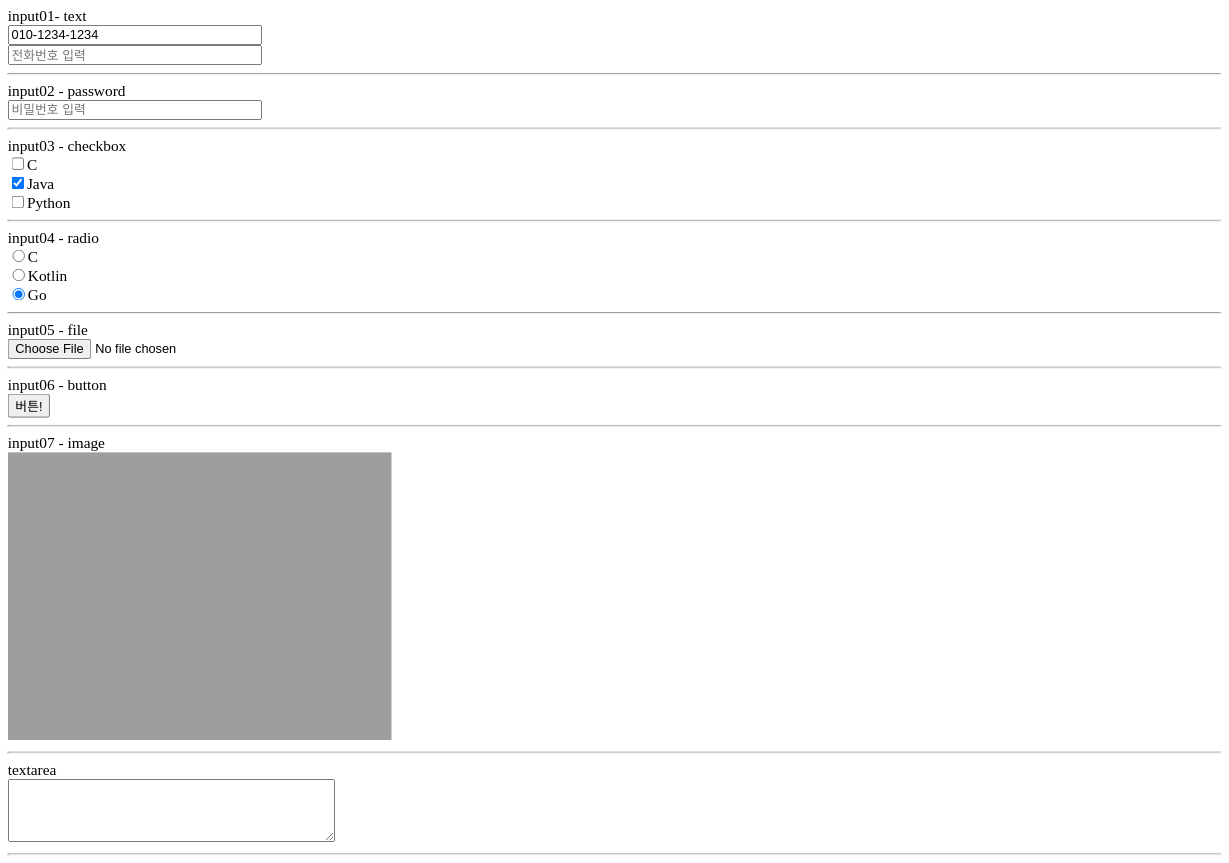
Repository: jjb5442/JSP
Page: 3Day/workspace/02_HTML_tutorial/src/main/webapp/08_Tutorial.html
These files come from the project's save history. The page is drawn as it stood at one moment and after the next save; the edit follows.
The browser window is 1280 px wide. The pictures show the whole page, at 96% of full size.
Pictures or frames that could not be fetched are drawn as grey boxes.

Above is the page before, as saved 2022-05-14 03:36:31.

### 3Day/workspace/02_HTML_tutorial/src/main/webapp/08_Tutorial.html
<!DOCTYPE html>
<html>
<head>
<meta charset="UTF-8">
<title>Insert title here</title>
</head>
<body>
	input01- text<br>
	<!-- type : input태그가 받을 정보의 타입을 설정 -->
	<!-- text : 문자 -->
	<!-- size : input태그의 너비를 설정 -->
	<!-- maxlength : input태그 최대 입력 글자 수 -->
	<!-- value : 초기값 지정-->
	<input type="text" size="30" maxlength="20" value="010-1234-1234"><br/>
	<!-- placeholder : input태그에 입력할 데이터에 대한 힌트를 출력 -->
	<input type="text" size="30" maxlength="20" placeholder="전화번호 입력"><br/>
	<hr/>

	input02 - password<br/>
	<!-- password : 비밀번호 입력 타입 -->
	<input type="password" size="30" maxlength="20" placeholder="비밀번호 입력"><br/>
	<hr/>

	<!-- checkbox : 항목을 선택하는 타입 -->
	input03 - checkbox<br/>
	<input type="checkbox" value="C">C<br/>
	<!-- checked : 기본값이 체크가 활성화된 상태로 지정 -->
	<input type="checkbox" value="Java" checked>Java<br/>
	<input type="checkbox" value="Python">Python<br/>
	<hr/>

	<!-- radio : 여러 항목중 하나만 선택이 가능한 타입 여러 항목을 하나의 name으로 통일 해주어야 한다. -->
	<!-- name : 그룹을 통일할 때 사용하는 속성 -->
	input04 - radio<br/>
	<input type="radio" name="language" value="C++">C<br/>
	<input type="radio" name="language" value="Kotlin">Kotlin<br/>
	<input type="radio" name="language" value="Go" checked>Go<br/>
	<hr/>

	<!-- file : 파일을 브라우저에 업로드 할때 사용하는 타입 -->
	input05 - file<br/>
	<input type="file">
	<hr/>

	<!-- button : input 태그를 버튼 타입으로 수정 -->
	input06 - button<br/>
	<input type="button" value="버튼!"><br/>
	<hr/>

	<!-- image : input태그를 이미지 타입으로 수정 -->
	input07 - image<br/>
	<input type="image" src="resource/images/고양이2.gif"><br/>
	<hr/>

	<!-- textarea : 영역을 지정하여 그 안에 글을 쓸 수 있는 태그 -->
	<!-- rows : 행 수 지정 -->
	<!-- cols : 열 수 지정 -->
	textarea<br/>
	<textarea rows="4" cols="40"></textarea>
	<hr/>
</body>
</html>

After the next save:
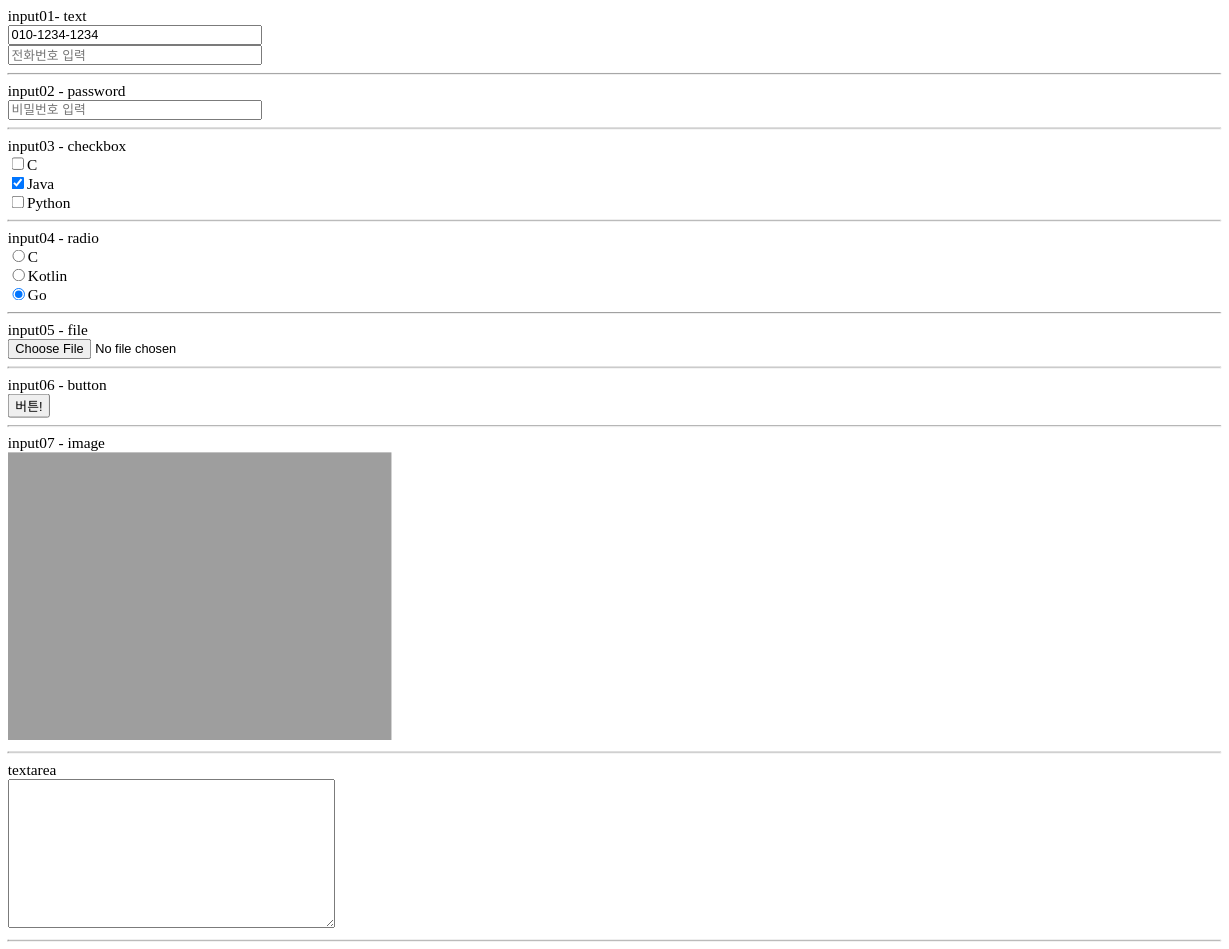
Saved 10 s later.
--- a/3Day/workspace/02_HTML_tutorial/src/main/webapp/08_Tutorial.html
+++ b/3Day/workspace/02_HTML_tutorial/src/main/webapp/08_Tutorial.html
@@ -56,7 +56,7 @@
 	<!-- rows : 행 수 지정 -->
 	<!-- cols : 열 수 지정 -->
 	textarea<br/>
-	<textarea rows="4" cols="40"></textarea>
+	<textarea rows="10" cols="40"></textarea>
 	<hr/>
 </body>
 </html>
